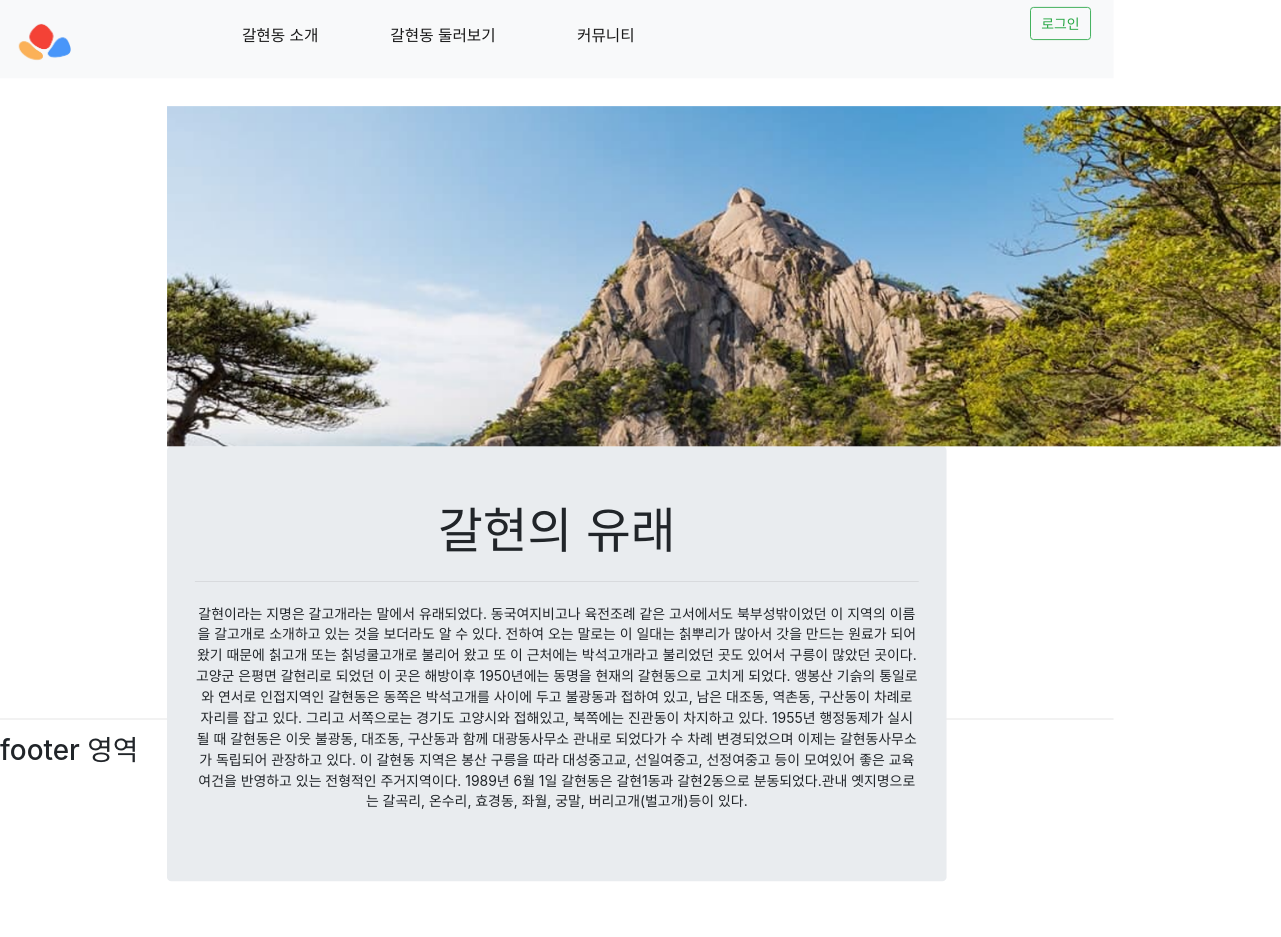
Repository: rnjsmj/pro01
Page: http://localhost/pro01/intro/origin.jsp
These files come from the project's save history. The page is drawn as it stood at one moment and after the next save; the edit follows.
The browser window is 1280 px wide. The page is 1472 px wide, then 1280 px, so the pictures cover 1472 px, including what lies to the right of the window. The pictures show the whole page, at 87% of full size.
The page is served by Tomcat 9. Nobody is signed in. The application's start-up code is not run. The template is opened directly, without the code that normally fills it, so the values that code supplies are empty.

Above is the page before, as saved 2024-04-14 15:30:18.

After the next save:
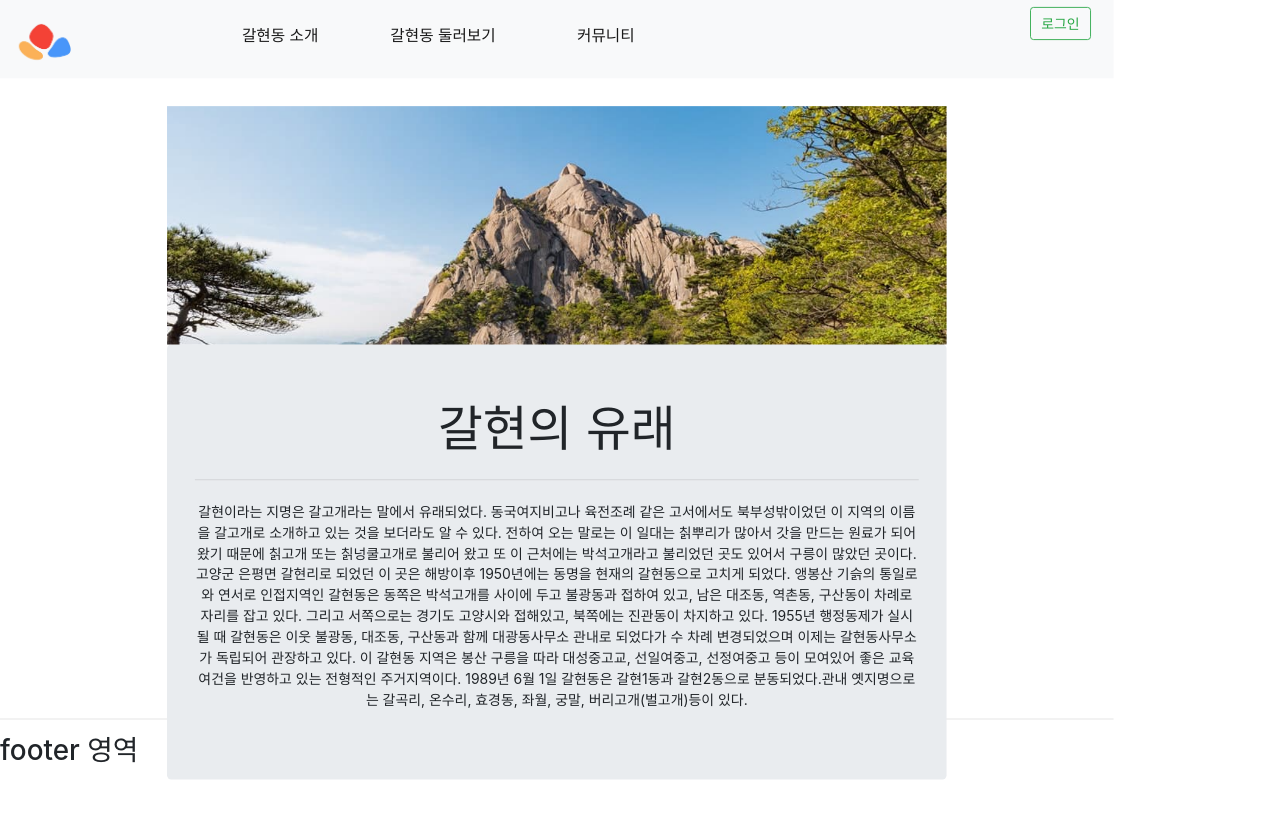
Saved 46 s later.
--- a/pro01/WebContent/intro/origin.jsp
+++ b/pro01/WebContent/intro/origin.jsp
@@ -13,6 +13,7 @@
 	#contents { background-color: #ffffff; height:100vh; text-align:center;justify-content:center; display:grid; }
 	.page { padding : 2em; text-align : center; justify-content:center; width:960px;}
 	.origin-main {text-align:center; width:100%}
+	.main-image {justify-content:center; width:100%; height:auto;}
 </style>
 </head>
 <body>
